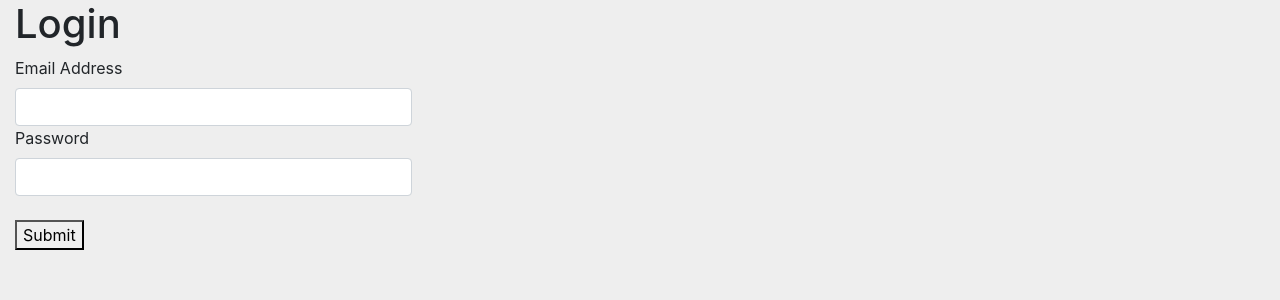
Repository: neoighodaro-articles/migrating-to-laravel
Page: http://localhost/
An editor plug-in stored every save of this project. The page is shown before and after the next save, followed by the edit.
The browser window is 1280 px wide. The pictures show the whole page.
The page is run by PHP 8.4 with error messages shown; the project is at /var/www/html/.

Above is the page before, as saved 2018-06-12 19:50:11.

### vanilla/index.php
<!DOCTYPE html>
<html lang="en">
<head>
  <meta charset="UTF-8">
  <meta name="viewport" content="width=device-width, initial-scale=1.0">
  <meta http-equiv="X-UA-Compatible" content="ie=edge">
  <title>Vanilla Todo App</title>
  <link rel="stylesheet" href="https://stackpath.bootstrapcdn.com/bootstrap/4.1.1/css/bootstrap.min.css" integrity="sha384-WskhaSGFgHYWDcbwN70/dfYBj47jz9qbsMId/iRN3ewGhXQFZCSftd1LZCfmhktB" crossorigin="anonymous">
  <style>
    body {
      background: #EEE;
    }
  </style>
</head>
<body>
  <div class="rows">
    <div class="col-md-4 col-md-offset-6">
      <form method="POST">
        <h1> Login </h1>
        <label>Email Address</label>
        <input type="text" class="form-control" name="email">
        <label>Password</label>
        <input type="password" class="form-control" name="pass">
        <br>
        <button type="submit" name="btnLogin">Submit</button>

        <?php

          require_once 'functions.php';
          if( isset($_POST['btnLogin'])) {
            $email = $_POST['email'];
            $pass = $_POST['pass'];
            $query = $pdo->prepare('SELECT * FROM users WHERE email = ? AND password=?');
            $query->execute([$email, $pass]);
            $rows = $query->rowCount();

            if( $rows > 0 ) {
              echo "Found";
            } else {
              echo "Invalid information supplied";
            }
          }
        ?>
      </form>
    </div>
  </div>
</body>
</html>

### vanilla/functions.php
<?php
 $host = 'localhost';
 $dbname= 'vanilla';
 $user   = 'root';
 $pwd    = 'root';

 try{
   $pdo = new PDO('mysql:host='. $host. ';dbname='. $dbname, $user, $pwd);
  //  echo "connected";
 } catch(PDOException $e) {
   echo "Unable to connect" . $e->getMessage();
 }

After the next save:
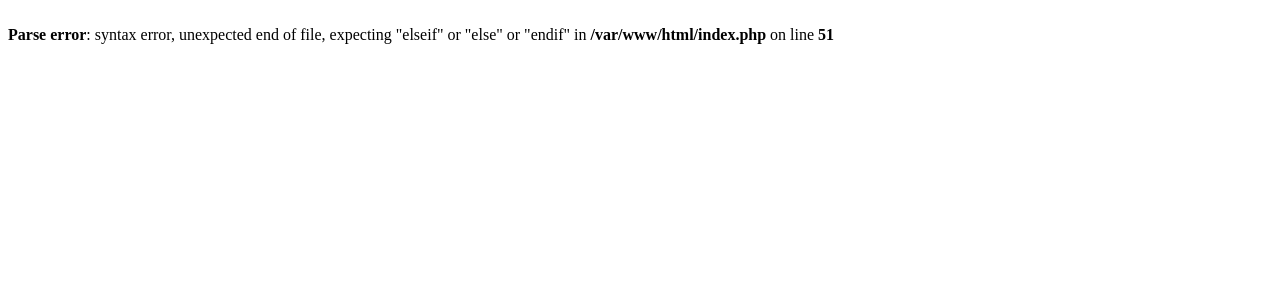
Saved 112 s later.
--- a/vanilla/index.php
+++ b/vanilla/index.php
@@ -27,20 +27,23 @@
         <?php
 
           require_once 'functions.php';
-          if( isset($_POST['btnLogin'])) {
+          if( isset($_POST['btnLogin'])):
             $email = $_POST['email'];
             $pass = $_POST['pass'];
             $query = $pdo->prepare('SELECT * FROM users WHERE email = ? AND password=?');
             $query->execute([$email, $pass]);
             $rows = $query->rowCount();
 
-            if( $rows > 0 ) {
-              echo "Found";
-            } else {
-              echo "Invalid information supplied";
-            }
-          }
-        ?>
+            if( $rows > 0 ): ?>
+              <div class="alert alert-danger">
+                <b> Logged In</b>
+              </div>
+            <?php else: ?>
+              <div class="alert alert-danger">
+                <b> Logged In</b>
+              </div>
+
+        <?php endif ?>
       </form>
     </div>
   </div>
